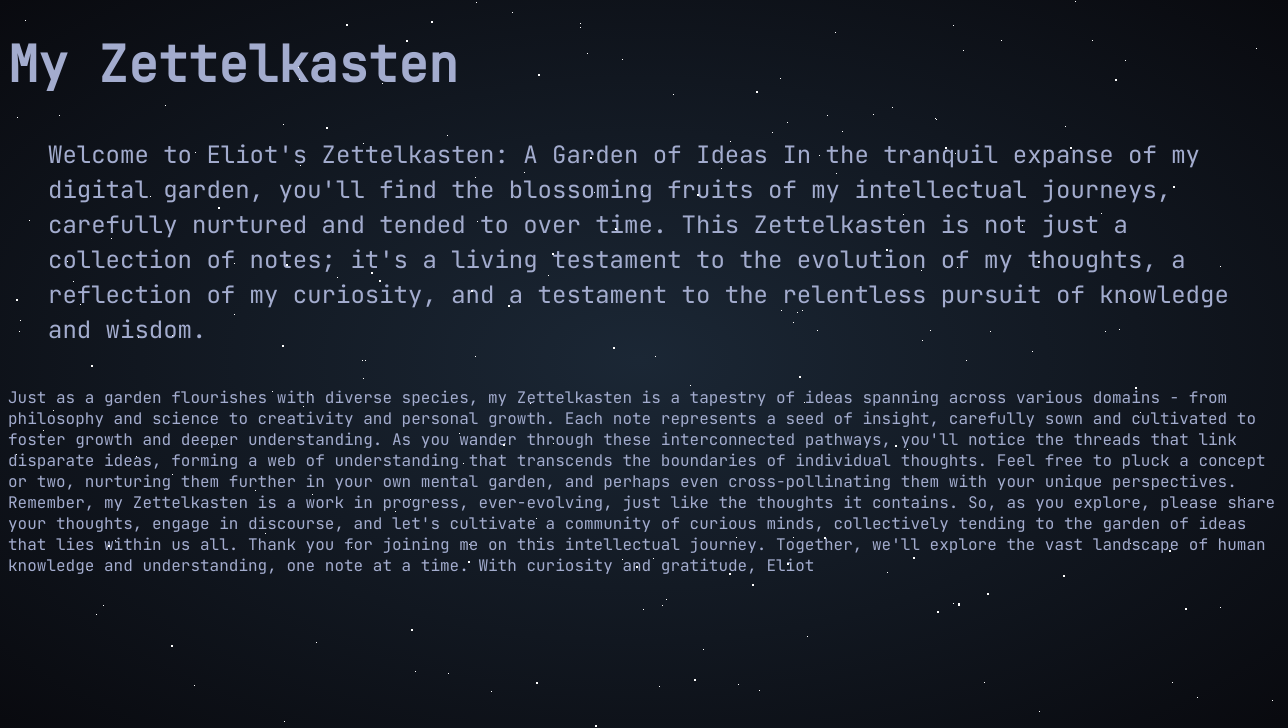
Repository: EliotKhachi/publicZk
Page: zettelkasten.html
These files come from the project's save history. The page is drawn as it stood at one moment and after the next save; the edit follows.
The browser window is 1280 px wide. The page is 1288 px wide, so the pictures cover 1288 px, including what lies to the right of the window. The pictures show the whole page.

Above is the page before, as saved 2023-10-01 17:33:10.

After the next save:
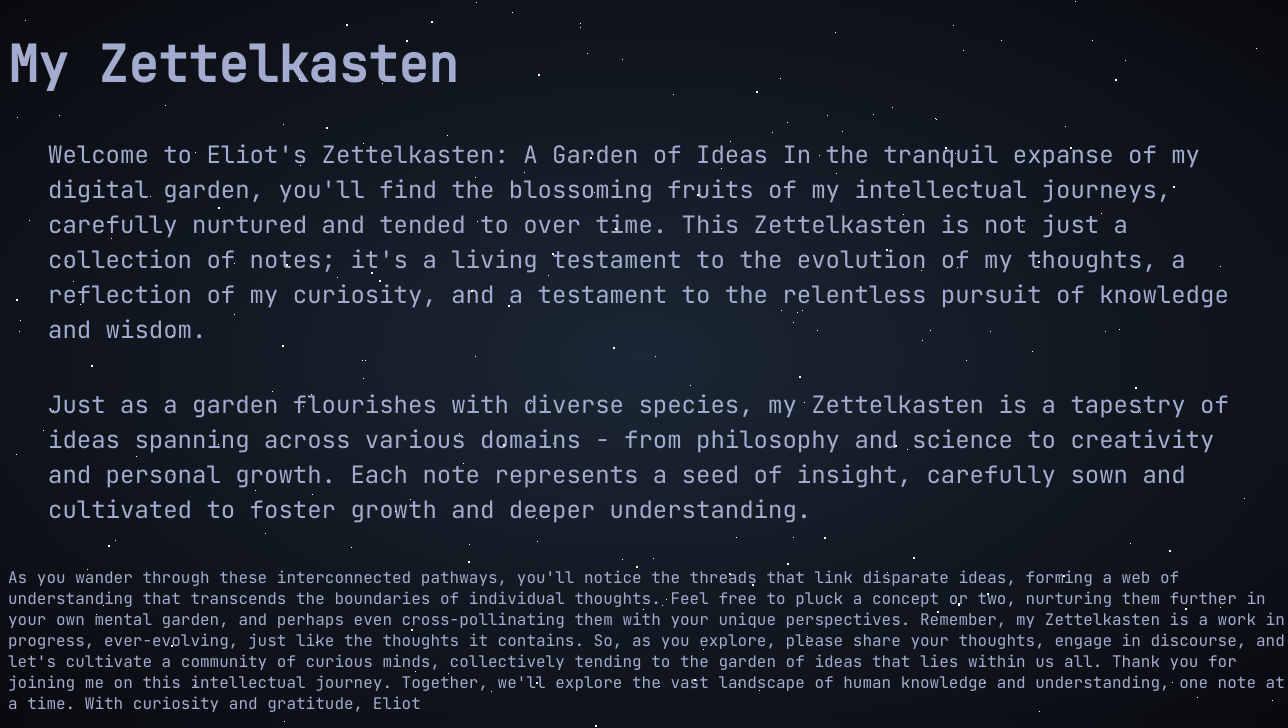
Saved 19 s later.
--- a/zettelkasten.html
+++ b/zettelkasten.html
@@ -26,7 +26,7 @@
 In the tranquil expanse of my digital garden, you'll find the blossoming fruits of my intellectual journeys, carefully nurtured and tended to over time. This Zettelkasten is not just a collection of notes; it's a living testament to the evolution of my thoughts, a reflection of my curiosity, and a testament to the relentless pursuit of knowledge and wisdom.</p>
 
 
-Just as a garden flourishes with diverse species, my Zettelkasten is a tapestry of ideas spanning across various domains - from philosophy and science to creativity and personal growth. Each note represents a seed of insight, carefully sown and cultivated to foster growth and deeper understanding.
+<p>Just as a garden flourishes with diverse species, my Zettelkasten is a tapestry of ideas spanning across various domains - from philosophy and science to creativity and personal growth. Each note represents a seed of insight, carefully sown and cultivated to foster growth and deeper understanding.</p>
 
 As you wander through these interconnected pathways, you'll notice the threads that link disparate ideas, forming a web of understanding that transcends the boundaries of individual thoughts. Feel free to pluck a concept or two, nurturing them further in your own mental garden, and perhaps even cross-pollinating them with your unique perspectives.
 
